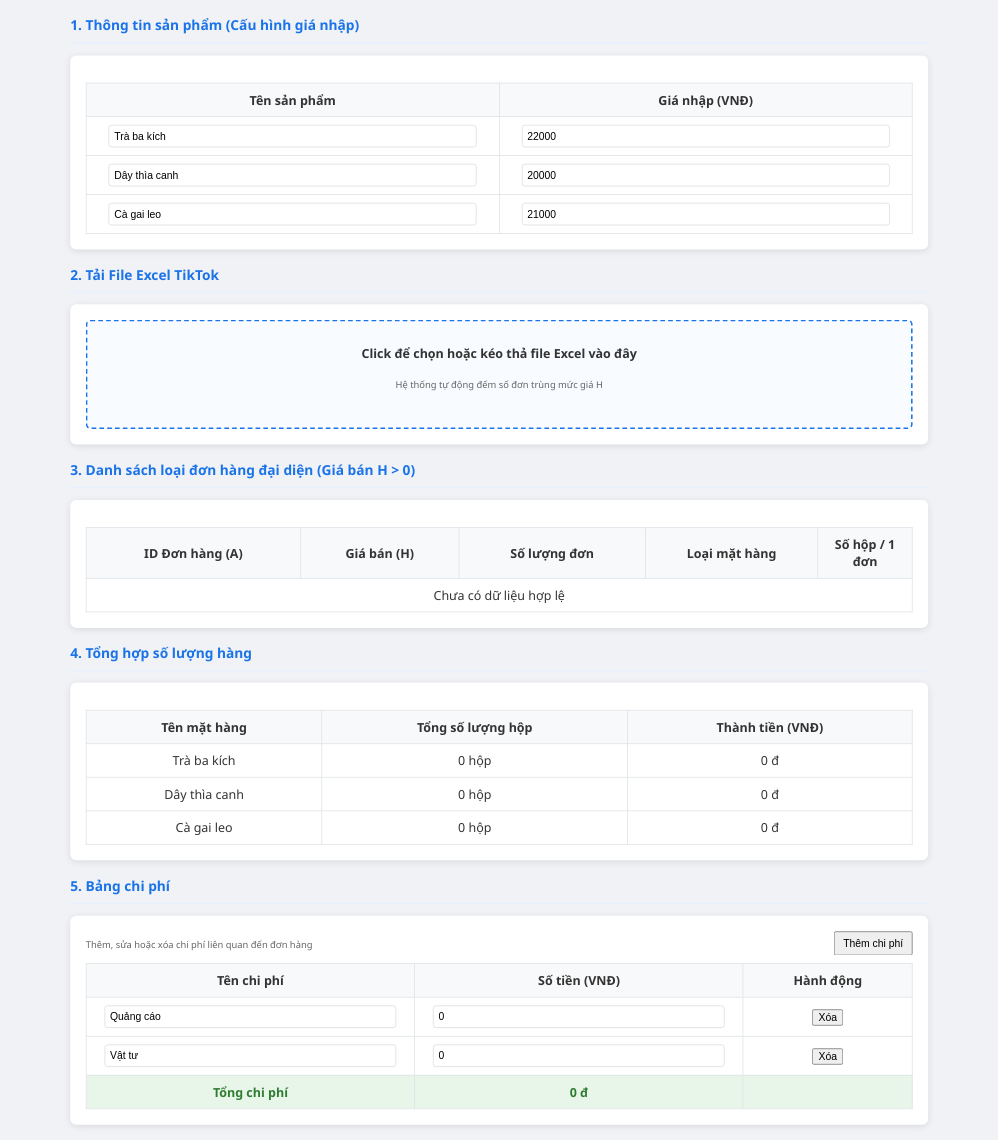
Repository: vanphi96/quyettoan.philv
Page: index.html
These files come from the project's save history. The page is drawn as it stood at one moment and after the next save; the edit follows.
The browser window is 1280 px wide. The pictures show the whole page, at 78% of full size.

Above is the page before, as saved 2026-04-11 22:44:28.

### index.html
<!DOCTYPE html>
<html lang="vi">
<head>
    <meta charset="UTF-8">
    <meta name="viewport" content="width=device-width, initial-scale=1.0">
    <title>Quản Lý Đơn Hàng TikTok</title>
    <script src="https://cdn.jsdelivr.net/npm/xlsx@0.18.5/dist/xlsx.full.min.js"></script>
    <style>
        body { font-family: 'Segoe UI', Tahoma, Geneva, Verdana, sans-serif; margin: 20px; background-color: #f0f2f5; color: #333; }
        .container { max-width: 1100px; margin: auto; }
        .section { background: white; padding: 20px; border-radius: 8px; box-shadow: 0 2px 10px rgba(0,0,0,0.1); margin-bottom: 20px; }
        h2 { color: #1a73e8; border-bottom: 2px solid #e8f0fe; padding-bottom: 10px; margin-top: 0; font-size: 1.1rem; }
        table { width: 100%; border-collapse: collapse; margin-top: 15px; background: #fff; }
        th, td { border: 1px solid #dee2e6; padding: 10px; text-align: center; }
        th { background-color: #f8f9fa; font-weight: 600; }
        input[type="number"], select, input[type="text"] { width: 90%; padding: 6px; border: 1px solid #ddd; border-radius: 4px; }
        .file-input-box { padding: 30px; border: 2px dashed #1a73e8; border-radius: 6px; text-align: center; background: #f8fbff; cursor: pointer; }
        .price-tag { color: #d32f2f; font-weight: bold; }
        .settlement-tag { color: #2e7d32; font-weight: bold; }
        .count-tag { color: #1a73e8; font-weight: bold; }
        .total-row { background-color: #e8f5e9; font-weight: bold; color: #2e7d32; }
        small { color: #666; font-size: 0.75rem; }
    </style>
</head>
<body>

<div class="container">
    <h2>1. Thông tin sản phẩm (Cấu hình giá nhập)</h2>
    <div class="section">
        <table>
            <thead>
                <tr>
                    <th>Tên sản phẩm</th>
                    <th>Giá nhập (VNĐ)</th>
                </tr>
            </thead>
            <tbody id="productBody"></tbody>
        </table>
    </div>

    <h2 id="excelHeader">2. Tải File Excel TikTok</h2>
    <div class="section">
        <div class="file-input-box" onclick="document.getElementById('excelFile').click()">
            <input type="file" id="excelFile" accept=".xlsx, .xls" style="display:none" />
            <b>Click để chọn hoặc kéo thả file Excel vào đây</b>
            <p><small>Hệ thống tự động đếm số đơn trùng mức giá H</small></p>
        </div>
    </div>

    <h2>3. Danh sách loại đơn hàng đại diện (Giá bán H > 0)</h2>
    <div class="section" style="overflow-x: auto;">
        <table>
            <thead>
                <tr>
                    <th>ID Đơn hàng (A)</th>
                    <th>Giá bán (H)</th>
                    <th>Số lượng đơn</th>
                    <th style="width: 200px;">Loại mặt hàng</th>
                    <th style="width: 100px;">Số hộp / 1 đơn</th>
                </tr>
            </thead>
            <tbody id="filterBody">
                <tr><td colspan="5">Chưa có dữ liệu hợp lệ</td></tr>
            </tbody>
        </table>
    </div>

    <h2>4. Tổng hợp số lượng hàng</h2>
    <div class="section">
        <table>
            <thead>
                <tr>
                    <th>Tên mặt hàng</th>
                    <th>Tổng số lượng hộp</th>
                    <th>Thành tiền (VNĐ)</th>
                </tr>
            </thead>
            <tbody id="summaryBody"></tbody>
        </table>
    </div>

    <h2>5. Bảng chi phí</h2>
    <div class="section">
        <div style="display:flex; justify-content:space-between; align-items:center;">
            <div><small>Thêm, sửa hoặc xóa chi phí liên quan đến đơn hàng</small></div>
            <button id="addExpenseBtn" style="padding:6px 10px;">Thêm chi phí</button>
        </div>
        <table style="margin-top:10px;">
            <thead>
                <tr>
                    <th>Tên chi phí</th>
                    <th>Số tiền (VNĐ)</th>
                    <th>Hành động</th>
                </tr>
            </thead>
            <tbody id="expenseBody"></tbody>
            <tfoot>
                <tr class="total-row">
                    <td>Tổng chi phí</td>
                    <td id="expenseTotal">0 đ</td>
                    <td></td>
                </tr>
            </tfoot>
        </table>
    </div>
</div>

<script>
    let products = [
        { name: "Trà ba kích", price: 22000 },
        { name: "Dây thìa canh", price: 20000 },
        { name: "Cà gai leo", price: 21000 }
    ];

    let filteredDataMap = new Map();
    let totalPayAll = 0;
    // Expenses management
    let expenses = [
        { name: 'Quảng cáo', amount: 0 },
        { name: 'Vật tư', amount: 0 }
    ];

    function renderExpenses() {
        const tbody = document.getElementById('expenseBody');
        tbody.innerHTML = expenses.map((e, i) => `
            <tr data-idx="${i}">
                <td><input type="text" class="exp-name" value="${e.name}" onchange="onExpenseChange(${i}, 'name', this.value)"></td>
                <td>
                    <input type="text" class="exp-amt" value="${(Number(e.amount) || 0).toLocaleString()}" onfocus="onExpenseFocus(${i}, this)" onblur="onExpenseBlur(${i}, this)">
                </td>
                <td><button onclick="removeExpense(${i})">Xóa</button></td>
            </tr>
        `).join('');
        updateExpenseTotal();
    }

    function onExpenseChange(index, field, value) {
        if (!expenses[index]) return;
        if (field === 'name') expenses[index].name = value;
        if (field === 'amount') expenses[index].amount = Number(value) || 0;
        updateExpenseTotal();
    }

    function onExpenseFocus(index, input) {
        // remove formatting so user can type plain number
        const raw = String(input.value).replace(/[^0-9.-]+/g, '');
        input.value = raw || '';
    }

    function onExpenseBlur(index, input) {
        const num = Number(String(input.value).replace(/[^0-9.-]+/g, '')) || 0;
        expenses[index].amount = num;
        input.value = num.toLocaleString();
        updateExpenseTotal();
    }

    function addExpense() {
        expenses.push({ name: 'Mẫu', amount: 0 });
        renderExpenses();
        // focus new row's name input
        setTimeout(() => {
            const lastName = document.querySelector('#expenseBody tr:last-child .exp-name');
            const lastAmt = document.querySelector('#expenseBody tr:last-child .exp-amt');
            if (lastName) lastName.focus();
            if (lastAmt) lastAmt.value = '0';
        }, 50);
    }

    function removeExpense(i) {
        expenses.splice(i, 1);
        renderExpenses();
    }

    function updateExpenseTotal() {
        const total = expenses.reduce((s, e) => s + (Number(e.amount) || 0), 0);
        document.getElementById('expenseTotal').textContent = total.toLocaleString() + ' đ';
    }

    document.getElementById('addExpenseBtn').addEventListener('click', addExpense);

    // Render expenses on load so default rows are visible
    renderExpenses();

    function renderProductConfig() {
        const tbody = document.getElementById('productBody');
        tbody.innerHTML = products.map((p, i) => `
            <tr>
                <td><input type="text" value="${p.name}" onchange="products[${i}].name = this.value; updateAll();"></td>
                <td><input type="number" value="${p.price}" onchange="products[${i}].price = parseInt(this.value)"></td>
            </tr>
        `).join('');
        updateSummaryTable();
    }

    document.getElementById('excelFile').addEventListener('change', function(e) {
        const file = e.target.files[0];
        if (!file) return;
        const reader = new FileReader();
        reader.onload = function(evt) {
            const data = new Uint8Array(evt.target.result);
            const workbook = XLSX.read(data, { type: 'array' });
            const sheet = workbook.Sheets[workbook.SheetNames[0]];
            const rows = XLSX.utils.sheet_to_json(sheet, { header: 1, defval: "" });
            processExcel(rows);
        };
        reader.readAsArrayBuffer(file);
    });

    function processExcel(rows) {
        filteredDataMap = new Map();
        totalPayAll = 0;
        for (let i = 1; i < rows.length; i++) {
            const row = rows[i];
            if (!row || row.length < 8) continue;
            const priceH = parseFloat(row[7]);
            // parse pay (column F, index 5) safely (remove non-numeric chars)
            const rawPay = row[5];
            const payF = Number(String(rawPay).replace(/[^0-9.-]+/g, '')) || 0;
            totalPayAll += payF;
            if (!isNaN(priceH) && priceH !== 0) {
                if (!filteredDataMap.has(priceH)) {
                    filteredDataMap.set(priceH, { id: row[0], paySum: payF, count: 1 });
                } else {
                    const entry = filteredDataMap.get(priceH);
                    entry.count++;
                    entry.paySum = (Number(entry.paySum) || 0) + payF;
                }
            }
        }
        // update header label with total
        const header = document.getElementById('excelHeader');
        if (header) header.textContent = `2. Tải File Excel TikTok (Tổng tiền quyết toán: ${totalPayAll.toLocaleString()} VND)`;
        renderFilterTable();
    }

    function renderFilterTable() {
        const tbody = document.getElementById('filterBody');
        tbody.innerHTML = '';
        if (filteredDataMap.size === 0) {
            tbody.innerHTML = '<tr><td colspan="5">Không có đơn hàng nào hợp lệ</td></tr>';
            return;
        }

        const productOptions = products.map(p => `<option value="${p.name}">${p.name}</option>`).join('');
        const sortedPrices = Array.from(filteredDataMap.keys()).sort((a, b) => b - a);

        sortedPrices.forEach(priceKey => {
            const data = filteredDataMap.get(priceKey);
            const tr = document.createElement('tr');
            tr.className = "order-row";
            tr.innerHTML = `
                <td><small>${data.id}</small></td>
                <td class="price-tag">${priceKey.toLocaleString()} đ</td>
                <td class="count-tag">${data.count} đơn</td>
                <td>
                    <select class="product-select" onchange="updateSummaryTable()">
                        <option value="">-- Chọn sản phẩm --</option>
                        ${productOptions}
                    </select>
                </td>
                <td>
                    <input type="number" class="qty-per-order" min="0" value="1" oninput="updateSummaryTable()" data-order-count="${data.count}">
                </td>
            `;
            tbody.appendChild(tr);
        });
        updateSummaryTable();
    }

    function updateSummaryTable() {
        const summaryBody = document.getElementById('summaryBody');
        const totalCounts = {};
        const totalMoney = {};
        products.forEach(p => totalCounts[p.name] = 0);
        products.forEach(p => totalMoney[p.name] = 0);

        const rows = document.querySelectorAll('.order-row');
        rows.forEach(row => {
            const productName = row.querySelector('.product-select').value;
            const orderCount = parseInt(row.querySelector('.qty-per-order').dataset.orderCount) || 0;
            const boxesPerOrder = parseInt(row.querySelector('.qty-per-order').value) || 0;

            if (productName && totalCounts.hasOwnProperty(productName)) {
                const boxes = (orderCount * boxesPerOrder);
                totalCounts[productName] += boxes;
                const prod = products.find(pr => pr.name === productName);
                const unitPrice = prod ? (Number(prod.price) || 0) : 0;
                totalMoney[productName] += boxes * unitPrice;
            }
        });

        summaryBody.innerHTML = products.map(p => `
            <tr class="${totalCounts[p.name] > 0 ? 'total-row' : ''}">
                <td>${p.name}</td>
                <td>${totalCounts[p.name].toLocaleString()} hộp</td>
                <td>${totalMoney[p.name].toLocaleString()} đ</td>
            </tr>
        `).join('');
    }

    function updateAll() {
        if (filteredDataMap.size > 0) renderFilterTable();
        else renderProductConfig();
    }

    renderProductConfig();
</script>
</body>
</html>

After the next save:
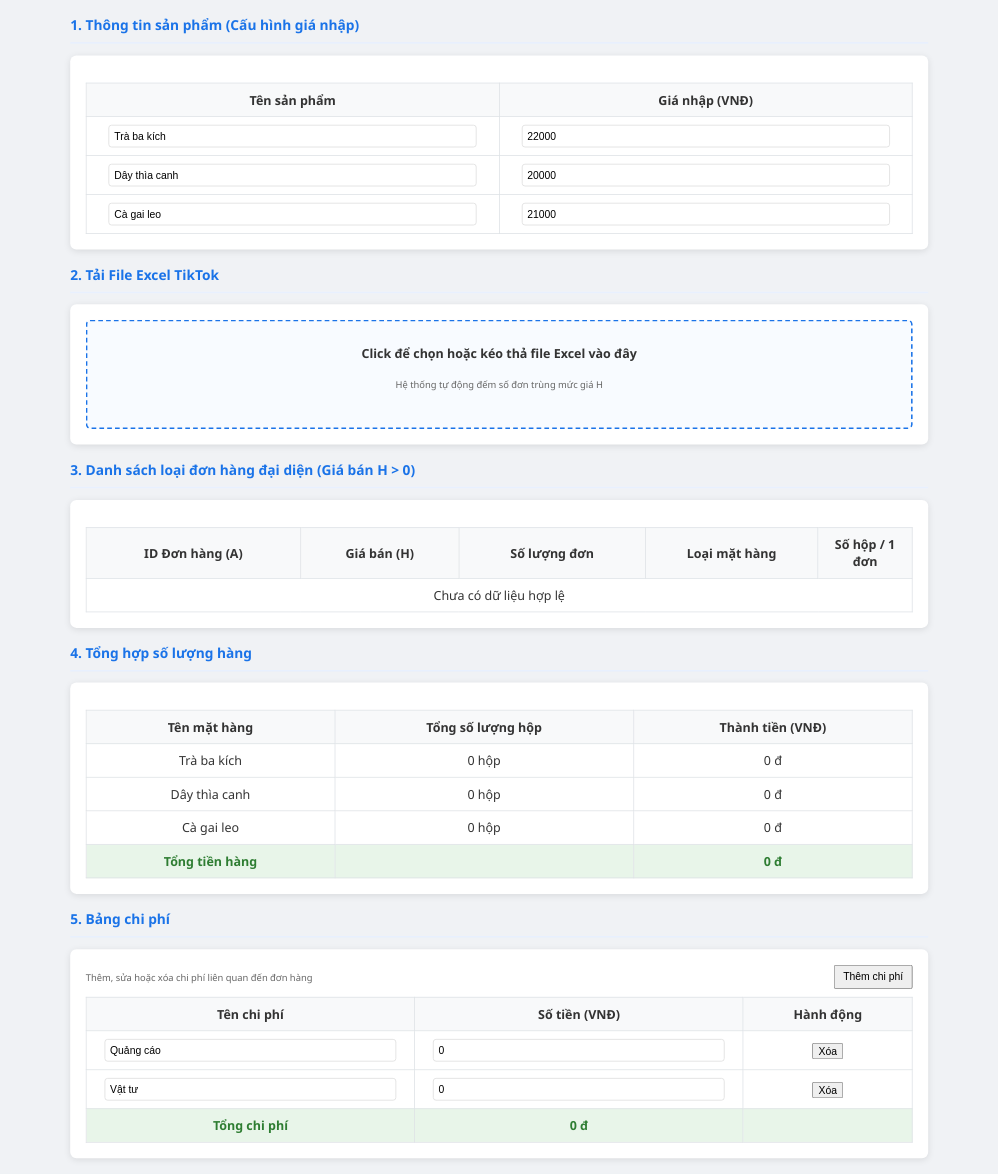
Saved 8 s later.
--- a/index.html
+++ b/index.html
@@ -296,6 +296,16 @@
                 <td>${totalMoney[p.name].toLocaleString()} đ</td>
             </tr>
         `).join('');
+        // Append grand total row for all products' money
+        const grandTotal = Object.values(totalMoney).reduce((s, v) => s + (Number(v) || 0), 0);
+        const totalRow = document.createElement('tr');
+        totalRow.className = 'total-row';
+        totalRow.innerHTML = `
+            <td>Tổng tiền hàng</td>
+            <td></td>
+            <td>${grandTotal.toLocaleString()} đ</td>
+        `;
+        summaryBody.appendChild(totalRow);
     }
 
     function updateAll() {
